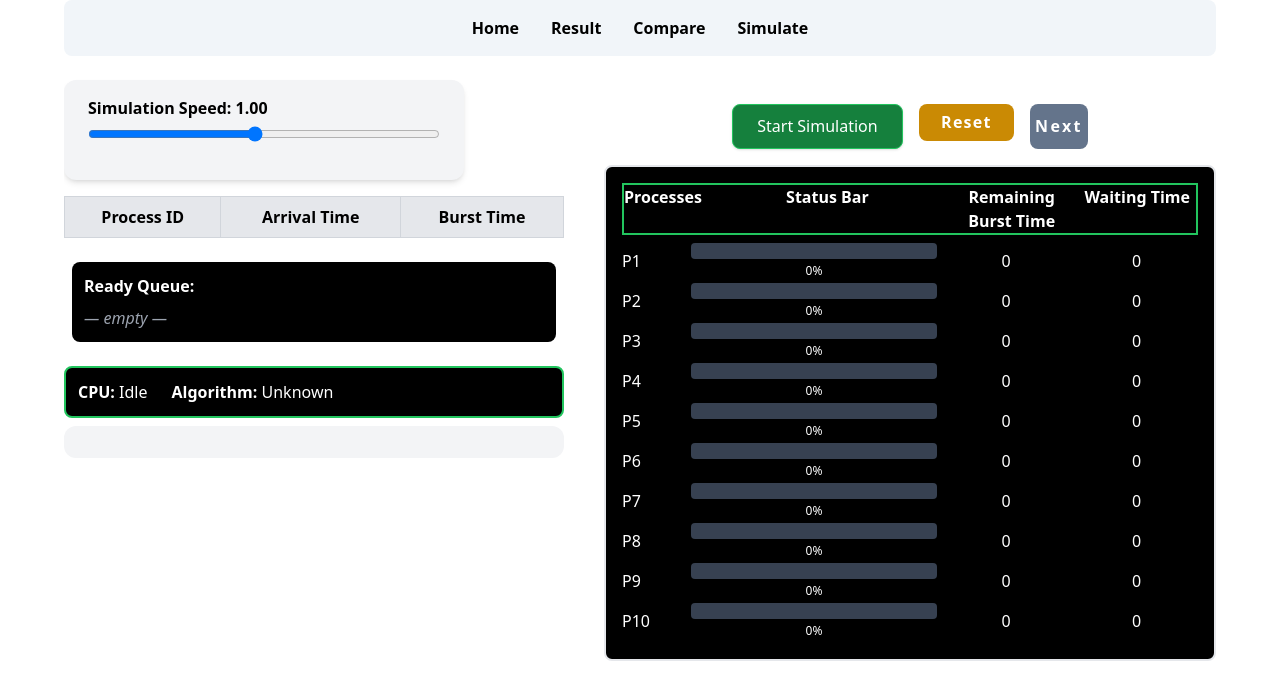
Repository: ujjwalkathait/Process_Scheduler
Page: /simulate
The author's editor kept a copy of each file at every save. The page is drawn from the files as they stood at one save, then again after the next save.
The browser window is 1280 px wide. The pictures show the whole page.
The project was rebuilt for these pictures with package versions that can differ from the ones it lists, and the page was loaded fresh each time. Also part of the build but not shown: vite.config.js, src/components/CompareAlgorithmsChart.jsx, src/components/GanttChart.jsx, src/components/GanttChartTable.jsx, src/components/ProcessData.jsx, src/components/ProcessTable.jsx, src/components/PerformanceMetrics.jsx, src/components/SelectAlgorithm.jsx and 3 more.

Above is the page before, as saved 2025-05-18 12:57:13.

### index.html
<!doctype html>
<html lang="en">
  <head>
    <meta charset="UTF-8" />
    <link rel="icon" type="image/svg+xml" href="./src/assets/scheduling_favicon.jpeg" />
    <meta name="viewport" content="width=device-width, initial-scale=1.0" />
    <title>CPU Scheduling Algorithms Visualization</title>
  </head>
  <body>
    <div id="root"></div>
    <script type="module" src="/src/main.jsx"></script>
  </body>
</html>

### src/main.jsx
import ReactDOM from 'react-dom/client';
import { BrowserRouter } from 'react-router-dom';
import App from './App';
import React from 'react';
import './index.css';

ReactDOM.createRoot(document.getElementById('root')).render(
  <React.StrictMode>
    <App />
  </React.StrictMode>,
)

### src/App.jsx
import React, { useState } from 'react';
import { ToastContainer } from 'react-toastify';
import 'react-toastify/dist/ReactToastify.css';
import Compare from './pages/Compare';
import Home from './pages/Home';
import Result from './pages/Result';
import { Link, Route, BrowserRouter as Router, Routes } from 'react-router-dom';
import { ProcessProvider } from './context/ProcessContext';
import Simulate from './pages/Simulate';

function App() {

  return (
    <ProcessProvider>
      <Router>
        <div className="overflow-x-hidden mx-[5%] mb-[1rem]">
          <nav className="flex justify-center gap-8 p-4 bg-slate-100 rounded-lg">
            <Link to="/" className="font-semibold hover:underline">Home</Link>
            <Link to="/result" className="font-semibold hover:underline">Result</Link>
            <Link to="/compare" className="font-semibold hover:underline">Compare</Link>
            <Link to="/simulate" className="font-semibold hover:underline">Simulate</Link>
          </nav>
          <ToastContainer />
          <Routes>
            <Route path="/" element={<Home />} />
            <Route path="/result" element={<Result />} />
            <Route path="/compare" element={<Compare />} />
            <Route path="/simulate" element={<Simulate />} />

          </Routes>
        </div>
      </Router>
    </ProcessProvider>
  );
}

export default App

### src/index.css
@tailwind base;
@tailwind components;
@tailwind utilities;

input[type="number"] {
  @apply border border-gray-300 rounded-md;
  width: 100%;
  text-align: center;
  font-size: 1.1rem;
}

input[type="radio"] {
  @apply border border-gray-300 rounded-md;
  text-align: center;
  width: 30px;
  margin-top: 0.7rem;
}

.simulate {
  /* background: rgb(49,151,168); */
  letter-spacing: 0.15rem;
  font-weight: 900;
  font-size: 1rem;
}

.reset {
  letter-spacing: 0.08rem;
  font-weight: 900;
  font-size: 1rem;
}

### src/context/ProcessContext.jsx
import React, { createContext, useState } from 'react';

export const ProcessContext = createContext();

export const ProcessProvider = ({ children }) => {
  const [arrivalTime, setArrivalTime] = useState();
  const [burstTime, setBurstTime] = useState();
  const [processId, setProcessID] = useState(1);
  const [processes, setProcesses] = useState([]);
  const [newProcesses, setUpdatedProcesses] = useState([]);
  const [updatedProcesses, setAnotherUpdatedProcesses] = useState([]);
  const [selectedAlgorithm, setSelectedAlgorithm] = useState(0);
  const [priority, setPriority] = useState();
  const [executed, setExecuted] = useState(false);
  const [statisticsData, setStatisticsData] = useState([]);

  const [currentProcess, setCurrentProcess] = useState(null);

  const value = {
    arrivalTime,
    burstTime,
    processId,
    processes,
    newProcesses,
    updatedProcesses,
    selectedAlgorithm,
    priority,
    executed,
    statisticsData,
    currentProcess,
    setArrivalTime,
    setBurstTime,
    setProcessID,
    setProcesses,
    setUpdatedProcesses,
    setAnotherUpdatedProcesses,
    setSelectedAlgorithm,
    setPriority,
    setExecuted,
    setStatisticsData,
    setCurrentProcess,
  };

  return (
    <ProcessContext.Provider value={value}>
      {children}
    </ProcessContext.Provider>
  );
};

### src/pages/Simulate.jsx
import React, { useContext, useState } from 'react';
import { ProcessContext } from '../context/ProcessContext';
import InputTable from '../components/InputTable';
import SimulationControls from '../components/SimulationControls';
import ReadyQueue from '../components/ReadyQueue';
import CPUStatus from '../components/CPUStatus';
import { Statistics } from '../components';
import NavigationButtons from '../components/NavigationButtons';
import ProcessProgressList from '../components/ProcessProgressList';
import executeSelectedAlgorithm from '../helpers/ExecuteAlgorithm';
import { useNavigate } from 'react-router-dom';

export default function Simulate() {
  const navigate = useNavigate();
  const {
      processes,
      selectedAlgorithm,
      setProcesses,
      executed,
      setUpdatedProcesses,
      setExecuted,
      setStatisticsData,
      setAnotherUpdatedProcesses,
      setCurrentProcess,
      setProcessID,
    } = useContext(ProcessContext);
  let num_of_process = processes.length;

  const [simulationSpeed, setSimulationSpeed] = useState(1.0);
  const [timeQuantum, setTimeQuantum] = useState();

  const [simulationStarted, setSimulationStarted] = useState(false);

  const isNonPreemptive = [1,2,3, ''].includes(selectedAlgorithm);

  const handleStart = () => {
    setSimulationStarted(true);
    executeSelectedAlgorithm(selectedAlgorithm, num_of_process, processes, setProcesses, setUpdatedProcesses, setExecuted, setStatisticsData, setAnotherUpdatedProcesses, setCurrentProcess);
  };

  const handleReset = () => {
    setSimulationStarted(false);
    setExecuted(false);
    setProcesses([]);
    setProcessID(1);
    setStatisticsData([]);
    setUpdatedProcesses([]);
    setAnotherUpdatedProcesses([]);
    navigate('/');
    window.location.reload();
  };

  const handleResume = () => { /* resume simulation logic */ };
  const handlePause = () => { /* pause simulation logic */ };
  const handleAgain= () => { /* forward step logic */ };
  const handleBack = () => { /* backward step logic */ };

  return (
    <div className="w-full bg-white my-6 flex flex-row gap-10">
      <div className="space-y-4 col-span-1">
        <SimulationControls
          simulationSpeed={simulationSpeed}
          setSimulationSpeed={setSimulationSpeed}
          timeQuantum={timeQuantum}
          setTimeQuantum={setTimeQuantum}
          selectedAlgorithm={selectedAlgorithm}
        />
        <div className="overflow-y-auto flex-shrink-0 max-h-[220px]">
          <InputTable
            processes={processes}
            selectedAlgorithm={selectedAlgorithm}
          />
        </div>
        <div className="rounded p-2 max-w-[500px] overflow-x-auto">
          <ReadyQueue />
        </div>
        <div className="space-y-2">
          <CPUStatus status="Idle" algorithm={selectedAlgorithm} />
          <Statistics
            selectedAlgorithm={selectedAlgorithm}
            processes={processes}
            setProcesses={setProcesses}
            executed={executed}
          />
        </div>
      </div>

      {/* Right Panel */}
      <div className="col-span-2 space-y-4">
        <NavigationButtons
            onStart={handleStart}
            onReset={handleReset}
        />
        <div className="overflow-y-auto flex-shrink-0 max-h-[500px]">
          <ProcessProgressList
            processes={processes}
          />
        </div>
      </div>
    </div>
  );
}

### src/components/index.js
import CompareAlgorithmsChart from "./CompareAlgorithmsChart";
import GanttChart from "./GanttChart";
import GanttChartTable from "./GanttChartTable";
import ProcessData from "./ProcessData";
import ProcessTable from "./ProcessTable";
import PerformanceMetrics from "./PerformanceMetrics";
import SelectAlgorithm from "./SelectAlgorithm"
import Statistics from "./Statistics";

export {
    CompareAlgorithmsChart,
    GanttChart,
    GanttChartTable,
    ProcessData,
    ProcessTable,
    PerformanceMetrics,
    SelectAlgorithm,
    Statistics
}

### src/components/InputTable.jsx
import React from 'react'

const InputTable = ({selectedAlgorithm , processes}) => {
    let usesPriority = (selectedAlgorithm === 3 || selectedAlgorithm === 4 || selectedAlgorithm === 7);
  return (
    <table className="w-full border-collapse border border-gray-300 text-center">
        <thead>
            <tr className="bg-gray-200">
            <th className="border border-gray-300 px-2 py-2">Process ID</th>
            <th className="border border-gray-300 px-2 py-2">Arrival Time</th>
            <th className="border border-gray-300 px-2 py-2">Burst Time</th>
            {usesPriority && (
                <th className="border border-gray-300 px-4 py-2">Priority</th>
            )}
            </tr>
        </thead>
        <tbody>
            {processes.map((process, index) => (
                <tr key={process.processId} className="bg-white">
                    <td className="border border-gray-300 px-4 py-2">P{index+1}</td>
                    <td className="border border-gray-300 px-4 py-2">{process.arrivalTime}</td>
                    <td className="border border-gray-300 px-4 py-2">{process.burstTime}</td>
                    {usesPriority && (
                    <td className="border border-gray-300 px-4 py-2">{process.priority}</td>
                    )}
                </tr>
            ))}
        </tbody>
    </table>
  )
}

export default InputTable

### src/components/SimulationControls.jsx
import React, { useState } from 'react';

const SimulateControls = ({
  simulationSpeed,
  setSimulationSpeed,
  timeQuantum,
  setTimeQuantum,
    selectedAlgorithm,
//   onSimulate,
//   onPause,
//   onForward,
//   onBack,
//   onExit,
}) => {
    let usesPriority = (selectedAlgorithm === 6 || selectedAlgorithm === 7);
  return (
    <div className="bg-gray-100 w-[400px] px-6 py-4 rounded-xl shadow-md">

      {/* Simulation Speed Slider */}
      <div className="mb-4">
        <label className="block font-semibold mb-1">Simulation Speed: {simulationSpeed.toFixed(2)}</label>
        <input
          type="range"
          min="0.1"
          max="2.0"
          step="0.01"
          value={simulationSpeed}
          onChange={(e) => setSimulationSpeed(parseFloat(e.target.value))}
          className="w-full"
        />
      </div>

      {/* Quantum Time Input */}
      {usesPriority && (
        <div className="mb-4">
            <label className="block font-semibold mb-1">Quantum Time:</label>
            <input
            type="number"
            min="1"
            value={timeQuantum}
            onChange={(e) => setTimeQuantum(Number(e.target.value))}
            className="w-full p-2 border rounded"
            />
        </div>
      )}

      {/* Buttons */}
      {/* <div className="grid grid-cols-3 gap-4 mt-4">
        <button onClick={onPause} className="bg-yellow-600 hover:bg-yellow-700 text-white font-bold py-2 rounded">
          Pause
        </button>
        <button onClick={onBack} className="bg-gray-500 hover:bg-gray-600 text-white font-bold py-2 rounded">
          Back
        </button>
        <button onClick={onSimulate} className="bg-green-600 hover:bg-green-700 text-white font-bold py-2 rounded">
          Simulate
        </button>
        <button onClick={onForward} className="bg-blue-600 hover:bg-blue-700 text-white font-bold py-2 rounded">
          Forward
        </button>
        <button onClick={onExit} className="bg-red-600 hover:bg-red-700 text-white font-bold py-2 rounded col-span-2">
          Exit
        </button>
      </div> */}
    </div>
  );
};

export default SimulateControls;

### src/components/ReadyQueue.jsx
import React, { useContext } from 'react';
import { ProcessContext } from '../context/ProcessContext';

const ReadyQueue = () => {
  const { processes, currentProcess } = useContext(ProcessContext);

  // show only those not yet completed
  const active = processes.filter(p => p.remainingTime > 0);

  return (
    <div className=" bg-black text-white p-3 rounded-lg w-full overflow-x-auto">
      <h3 className="font-semibold mb-2">Ready Queue:</h3>
    {active.length === 0 ? (
        <p className="italic text-gray-400">— empty —</p>
    ) : (
        <div className="flex space-x-2">
        {active.map(p => (
            <div
            key={p.processId}
            className={
                `px-3 py-1 rounded text-sm font-medium whitespace-nowrap ` +
                (currentProcess === p.processId
                ? 'bg-green-600 animate-pulse'
                : 'bg-gray-700')
            }
            >
            P{p.processId}
            </div>
        ))}
        </div>
    )}
    </div>
  );
};

export default ReadyQueue;

### src/components/CPUStatus.jsx
import React, { useContext } from 'react';
import { ProcessContext } from '../context/ProcessContext';

// must match your selection indices
const ALGO_NAMES = [
  'FCFS',
  'SJF (Non‑Preemptive)',
  'Priority (Non‑Preemptive)',
  'Priority (Preemptive)',
  'SJF (Preemptive)',
  'Round Robin',
  'Multilevel Queue',
  'Custom'
];

const CPUStatus = () => {
  const { currentProcess, selectedAlgorithm } = useContext(ProcessContext);
  const alg = ALGO_NAMES[selectedAlgorithm-1] || 'Unknown';

  return (
    <div className="mt-4 border-2 border-green-500 bg-black text-white p-3 rounded-lg flex items-center space-x-6">
      <div>
        <span className="font-semibold">CPU:</span>{' '}
        {currentProcess != null ? `P${currentProcess}` : 'Idle'}
      </div>
      <div>
        <span className="font-semibold">Algorithm:</span> {alg}
      </div>
    </div>
  );
};

export default CPUStatus;

### src/components/NavigationButtons.jsx
// src/components/NavigationButtons.jsx
import React, { useContext } from 'react';
import { ProcessContext } from '../context/ProcessContext';
import { useNavigate } from 'react-router-dom';

const NavigationButtons = ({ onStart, onReset }) => {
  const navigate = useNavigate();
  const { processes } = useContext(ProcessContext);

  const handleReset = () => {
    if (window.confirm("Are you sure you want to reset the simulation?")) {
      onReset();
    }
  };

  return (
    <div className="flex justify-center space-x-4 mt-6">
      <button
        onClick={onStart}
        className="bg-green-700 hover:bg-green-800 text-white px-6 py-2 rounded-lg border border-green-500 shadow"
      >
        Start Simulation
      </button>

      {/* <button
        onClick={handleReset}
        className="bg-red-700 hover:bg-red-800 text-white px-6 py-2 rounded-lg border border-red-500 shadow"
      >
        Reset
      </button> */}

      <button
        className='reset bg-yellow-600 hover:bg-yellow-700 font-bold text-[1rem] text-center text-white px-[1.4rem] py-[0.4rem] mb-2 rounded-lg focus:outline-none'
        type="submit"
        onClick={handleReset}
      >
          Reset
      </button>

      <button
        className={`simulate bg-slate-500 hover:bg-slate-600  font-bold text-[0.9rem] text-center text-white p-[0.3rem] rounded-lg focus:outline-none`}
        type="submit"
        onClick={e => {
            e.preventDefault();
            navigate('/result');
        }}
    >
        Next
    </button>
    </div>
  );
};

export default NavigationButtons;

### src/components/ProcessProgressList.jsx
import React, { useContext } from 'react';
import { ProcessContext } from '../context/ProcessContext';

const ProcessProgressList = ({processes}) => {
  let len = processes.length;

  if(len < 10) {
    len = 10;
  }


  const rows = Array.from({ length: len }, (_, i) => {
    const p = processes[i];
    const progressPct = p && p.burstTime > 0
      ? ((p.burstTime - p.remainingTime) / p.burstTime) * 100
      : 0;
    return {
      index: i + 1,
      progressPct,
      remaining: p ? p.remainingTime : 0,
      waiting: p ? p.waitingTime : 0,
    };
  });

  return (
    <div className="bg-black text-white border-2 rounded-lg p-4 w-full">
      {/* Header Row */}
      <div className="grid grid-cols-[1fr_4fr_2fr_2fr] border-2 border-green-500 gap-2 font-semibold mb-2">
        <div className='text-center'>Processes</div>
        <div className='text-center'>Status Bar</div>
        <div className='text-center'>Remaining Burst Time</div>
        <div className='text-center'>Waiting Time</div>
      </div>

      {/* Data Rows */}
      {rows.map(({ index, progressPct, remaining, waiting }) => (
        <div
          key={index}
          className="grid grid-cols-[1fr_4fr_2fr_2fr] gap-2 items-center mb-1"
        >
          {/* Index */}
          <div>P{index}</div>

          {/* Progress Bar */}
          <div>
            <div className="bg-gray-700 rounded h-4 w-full overflow-hidden">
              <div
                className="bg-blue-500 h-4 transition-all duration-300"
                style={{ width: `${progressPct}%` }}
              />
            </div>
            <div className="text-xs text-center mt-1">
              {Math.round(progressPct)}%
            </div>
          </div>

          {/* Remaining Burst */}
          <div className="text-center">{remaining}</div>

          {/* Waiting Time */}
          <div className="text-center">{waiting}</div>
        </div>
      ))}
    </div>
  );
};

export default ProcessProgressList;

### src/components/Statistics.jsx
import React from 'react';
import computeStatistics from '../helpers/ComputeStatistics';

const Statistics = ({selectedAlgorithm, processes, setProcesses, executed }) => {
    const statiticsData = computeStatistics(selectedAlgorithm, processes, setProcesses);
    return (
        <div className='w-[500px] bg-gray-100 px-4 py-4 rounded-xl'>
            { executed && processes.length !== 0 && (
                <>
                    <div className="w-full text-center">
                        <h2 className='text-[1.4rem] mb-3 font-bold text-center'>Statistics</h2>
                        <div className="bg-white">

                            <div className="border border-gray-300 px-4 py-1">
                                <h2 className='text-[0.8rem] mb-2 font-medium text-center'>Average Completion Time</h2>
                                <p className='text-[1.2rem] mb-2 font-bold text-center'>
                                    {statiticsData.average_completion_time}<span className='text-[0.8rem] font-normal'>ms</span>
                                </p>
                            </div>

                            <div className="border border-gray-300 px-4 py-1">
                                <h2 className='text-[0.8rem] mb-2 font-medium text-center'>Average Waiting Time</h2>
                                <p className='text-[1.2rem] mb-2 font-bold text-center'>
                                    {statiticsData.average_waiting_time}<span className='text-[0.8rem] font-normal'>ms</span>
                                </p>
                            </div>

                            <div className="border border-gray-300 px-4 py-1">
                                <h2 className='text-[0.8rem] mb-2 font-medium text-center'>Average Turnaround Time</h2>
                                <p className='text-[1.2rem] mb-2 font-bold text-center'>
                                    {statiticsData.average_turnaround_time}<span className='text-[0.8rem] font-normal'>ms</span>
                                </p>
                            </div>

                        </div>
                    </div>
                </>
            )}
        </div>
    );
}

export default Statistics;

### src/helpers/ComputeStatistics.js
const computeStatistics = (selectedAlgorithm, processes, setProcesses) => {
    let total_waiting_time = 0, total_completion_time = 0, total_turnaround_time = 0;
    let average_waiting_time = 0, average_completion_time = 0, average_turnaround_time = 0;

    for (let i = 0; i < processes.length; i++) {
        processes[i].waitingTime = processes[i].startTime - processes[i].arrivalTime;
        processes[i].turnaroundTime = processes[i].completionTime - processes[i].arrivalTime;

        total_waiting_time += processes[i].waitingTime;
        total_completion_time += processes[i].completionTime;
        total_turnaround_time += processes[i].turnaroundTime;
    }

    average_completion_time = (total_completion_time / processes.length).toFixed(2);
    average_waiting_time = (total_waiting_time / processes.length).toFixed(2);
    average_turnaround_time = (total_turnaround_time / processes.length).toFixed(2);

    setProcesses(processes);

    return { algorithm: selectedAlgorithm, average_completion_time, average_waiting_time, average_turnaround_time };
}

export default computeStatistics;

### src/algorithms/index.js
import executeFCFS from "./FCFS";
import executeSJF from "./SJF";
import executePriority from "./Priority";
import executePreemptivePriority from "./PreemptivePriority";
import executeSTRF from "./STRF";
import executeRoundRobin from "./RoundRobin";
import executeMultilevelFeedbackQueue from "./MLFQ";


export {
    executeFCFS,
    executeSJF,
    executePriority,
    executePreemptivePriority,
    executeSTRF,
    executeRoundRobin,
    executeMultilevelFeedbackQueue
}

### src/algorithms/SJF.js
import executeFCFS from "./FCFS";

const executeSJF = (processes, num_of_processes, setUpdatedProcesses, setCurrentProcess) => {
    const newprocesses = [...processes];
    // Sort processes based on burst time
    newprocesses.sort((a, b) => a.burstTime - b.burstTime);

    // Execute FCFS on sorted processes
    executeFCFS(newprocesses, num_of_processes, setUpdatedProcesses, setCurrentProcess);
}

export default executeSJF;

### src/algorithms/Priority.js
import executeFCFS from "./FCFS";

const executePriority = (processes, num_of_processes, setUpdatedProcesses, setCurrentProcess) => {
    const newprocesses = [...processes];
    // Sort processes based on priority
    newprocesses.sort((a, b) => a.priority - b.priority);

    // Execute FCFS on sorted processes
    executeFCFS(newprocesses, num_of_processes, setUpdatedProcesses, setCurrentProcess);
}

export default executePriority;

Loaded but not shown: tailwind.config.js (common file); src/algorithms/MLFQ.js (118 lines, source omitted); src/helpers/ExecuteAlgorithm.js (73 lines, source omitted); src/algorithms/PreemptivePriority.js (70 lines, source omitted); src/algorithms/RoundRobin.js (60 lines, source omitted); src/algorithms/STRF.js (46 lines, source omitted); src/algorithms/FCFS.js (51 lines, source omitted)

After the next save:
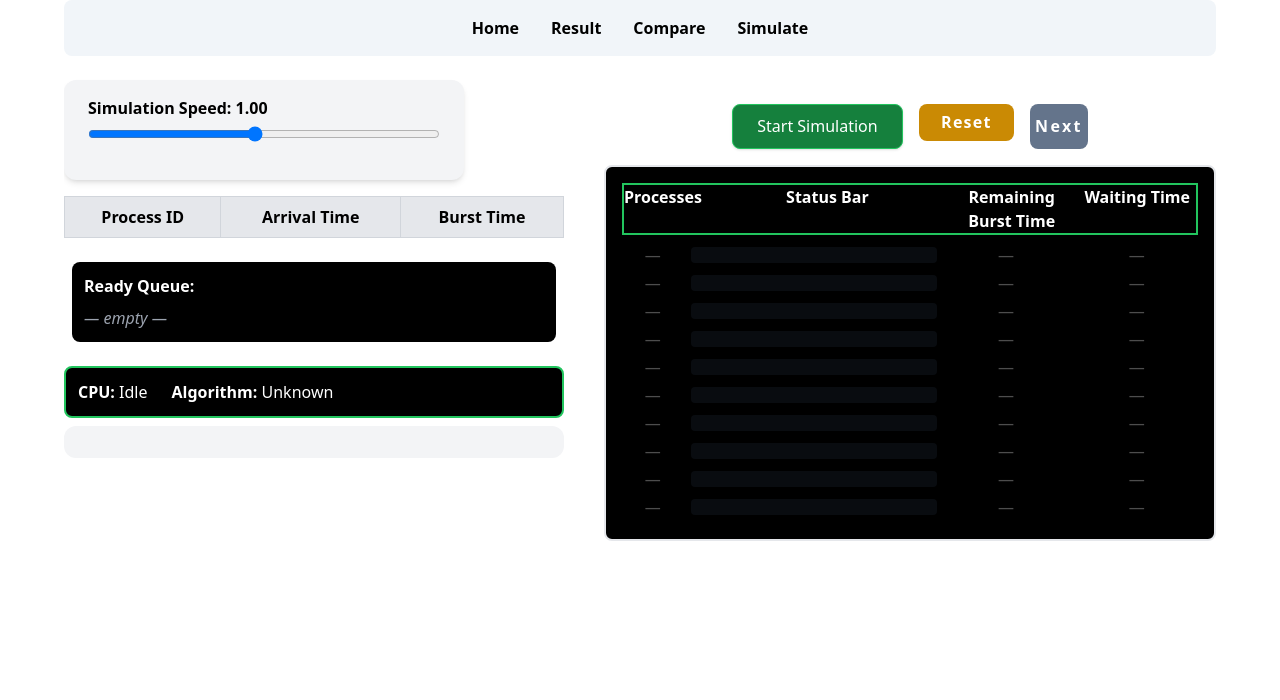
Saved 71 s later.
--- a/src/components/ProcessProgressList.jsx
+++ b/src/components/ProcessProgressList.jsx
@@ -33,33 +33,40 @@ const ProcessProgressList = ({processes}) => {
       </div>
 
       {/* Data Rows */}
-      {rows.map(({ index, progressPct, remaining, waiting }) => (
-        <div
-          key={index}
-          className="grid grid-cols-[1fr_4fr_2fr_2fr] gap-2 items-center mb-1"
-        >
-          {/* Index */}
-          <div>P{index}</div>
+      {rows.map(({ index, progressPct, remaining, waiting }, i) => (
+        processes[i] ? (
+          <div
+            key={index}
+            className="grid grid-cols-[1fr_4fr_2fr_2fr] gap-2 items-center mb-1"
+          >
+            <div className="text-center">P{index}</div>
 
-          {/* Progress Bar */}
-          <div>
-            <div className="bg-gray-700 rounded h-4 w-full overflow-hidden">
-              <div
-                className="bg-blue-500 h-4 transition-all duration-300"
-                style={{ width: `${progressPct}%` }}
-              />
+            <div>
+              <div className="bg-gray-700 rounded h-4 w-full overflow-hidden">
+                <div
+                  className="bg-blue-500 h-4 transition-all duration-300"
+                  style={{ width: `${progressPct}%` }}
+                />
+              </div>
+              <div className="text-xs text-center mt-1">
+                {Math.round(progressPct)}%
+              </div>
             </div>
-            <div className="text-xs text-center mt-1">
-              {Math.round(progressPct)}%
-            </div>
+
+            <div className="text-center">{remaining}</div>
+            <div className="text-center">{waiting}</div>
           </div>
-
-          {/* Remaining Burst */}
-          <div className="text-center">{remaining}</div>
-
-          {/* Waiting Time */}
-          <div className="text-center">{waiting}</div>
-        </div>
+        ) : (
+          <div
+            key={index}
+            className="grid grid-cols-[1fr_4fr_2fr_2fr] gap-2 items-center mb-1 opacity-30"
+          >
+            <div className="text-center">—</div>
+            <div className="h-4 bg-gray-800 rounded w-full" />
+            <div className="text-center">—</div>
+            <div className="text-center">—</div>
+          </div>
+        )
       ))}
     </div>
   );
